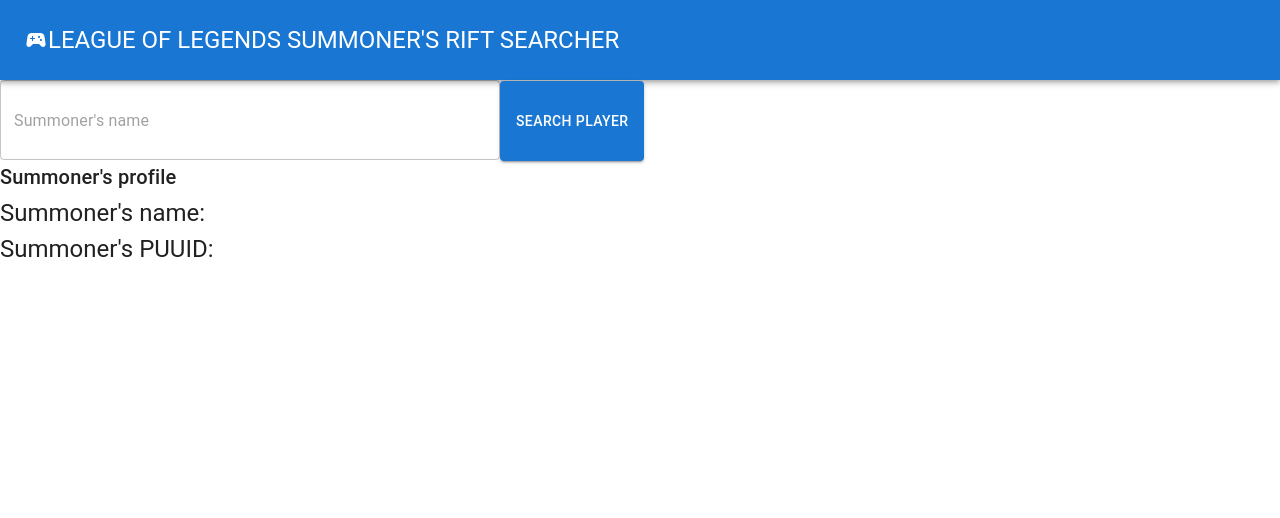
Repository: Mikerr21/League-Of-Legends-API
Page: /
An editor plug-in stored every save of this project. The page is shown before and after a run of saves, followed by the edit.
The browser window is 1280 px wide. The pictures show the whole page.
The page's requests for data from a server got no answer. The project was rebuilt for these pictures with package versions that can differ from the ones it lists, and the page was loaded fresh each time. No one was signed in, and anything a server would have sent is missing.

Above is the page before, as saved 2022-09-24 22:26:40.

### public/index.html
<!DOCTYPE html>
<html lang="en">
  <head>
    <meta charset="utf-8" />
    <link rel="icon" href="%PUBLIC_URL%/favicon.ico" />
    <meta name="viewport" content="width=device-width, initial-scale=1" />
    <meta name="theme-color" content="#000000" />
    <meta
      name="description"
      content="Web site created using create-react-app"
    />
    <link rel="apple-touch-icon" href="%PUBLIC_URL%/logo192.png" />

    <title>React App</title>
  </head>
  <body>
    <noscript>You need to enable JavaScript to run this app.</noscript>
    <div id="root"></div>

  </body>
</html>

### src/App.js
import React from "react";
import axios from "axios";
import { useState } from "react";
import { AppBar } from "@mui/material";
import { Toolbar } from "@mui/material";
import { CssBaseline } from "@mui/material";
import SportsEsportsIcon from "@mui/icons-material/SportsEsports";
import OutlinedInput from "@mui/material/OutlinedInput";

import { Typography } from "@mui/material";
import { Button } from "@mui/material";
import { Box } from "@mui/material";

import ListSubheader from '@mui/material/ListSubheader';
import List from '@mui/material/List';
import ListItemButton from '@mui/material/ListItemButton';
import ListItemIcon from '@mui/material/ListItemIcon';
import ListItemText from '@mui/material/ListItemText';
import Collapse from '@mui/material/Collapse';
import InboxIcon from '@mui/icons-material/MoveToInbox';
import DraftsIcon from '@mui/icons-material/Drafts';
import SendIcon from '@mui/icons-material/Send';
import ExpandLess from '@mui/icons-material/ExpandLess';
import ExpandMore from '@mui/icons-material/ExpandMore';
import StarBorder from '@mui/icons-material/StarBorder';



function App() {
  const [searchPlayer, setSearchPlayer] = useState("");
  const [playerData, setPlayerData] = useState({});
  const API_KEY = "c4eb3244-2494-4789-a6a3-47b4f6d5b70a";

  function fetchPlayerData(event) {
    var API_KEY = "RGAPI-e5d7e95c-8a4e-4469-bf42-53bc6d1175b3";
    var API_CALL_STRING =
      "https://euw1.api.riotgames.com/lol/summoner/v4/summoners/by-name/" +
      searchPlayer +
      "?api_key=" +
      API_KEY;
    axios
      .get(API_CALL_STRING)
      .then(function (response) {
        //Success

        setPlayerData(response.data);
      })
      .catch(function (error) {
        //Error
        console.log(error);
      });
  }

  return (
    <div className="App">
      <CssBaseline />


      <AppBar position="static">
        <Toolbar variant="dense" style={{ height: "80px" }}>
          <SportsEsportsIcon></SportsEsportsIcon>
          <Typography variant="h5" component="h2">
            LEAGUE OF LEGENDS SUMMONER'S RIFT SEARCHER
          </Typography>
        </Toolbar>
      </AppBar>
      <Box>
        <OutlinedInput
          onChange={(e) => setSearchPlayer(e.target.value)}
          type="text"
          placeholder="Summoner's name"
          style={{ height: "80px", width: "500px" }}
        ></OutlinedInput>
        <Button
          onClick={fetchPlayerData()}
          variant="contained"
          style={{ height: "80px" }}
        >
          Search player
        </Button>
      </Box>
      {JSON.stringify(playerData.data)}

      <List
      sx={{ width: '100%', maxWidth: 360, bgcolor: 'background.paper' }}
      component="nav"
      aria-labelledby="nested-list-subheader"
      subheader={
        <Typography variant="h6">
         Summoner's profile
        </Typography>
      }
    >
      {/* <ListItemButton>
        <ListItemIcon>
          <SendIcon />
        </ListItemIcon>
        <ListItemText primary="Sent mail" />
      </ListItemButton>
      <ListItemButton>
        <ListItemIcon>
          <DraftsIcon />
        </ListItemIcon>
        <ListItemText primary="Drafts" />
      </ListItemButton>
        <List component="div" disablePadding>
          <ListItemButton sx={{ pl: 4 }}>
            <ListItemIcon>
              <StarBorder />
            </ListItemIcon>
            <ListItemText primary="Starred" />
          </ListItemButton>
        </List>
     */}
 <ListItemText>
  <Typography variant="h5">
    Summoner's name:{searchPlayer}
  </Typography>
 </ListItemText>
 <ListItemText>
  <Typography variant="h5">
    Summoner's PUUID:{playerData.puuid}
  </Typography>
 </ListItemText>
 </List>
    </div>
  );
}

export default App;

Loaded but not shown: src/index.js (common file)

After the next 2 saves:
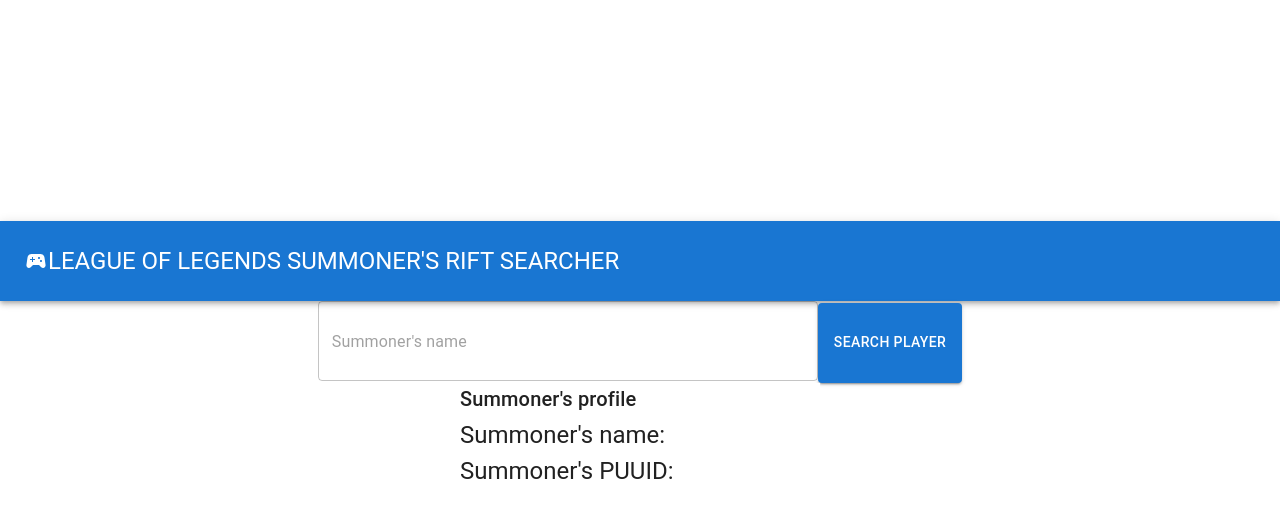
The 2 saves are shown as one change because they came seconds apart.
The last was saved 99 s later.
--- a/src/App.js
+++ b/src/App.js
@@ -23,8 +23,7 @@
 import ExpandLess from '@mui/icons-material/ExpandLess';
 import ExpandMore from '@mui/icons-material/ExpandMore';
 import StarBorder from '@mui/icons-material/StarBorder';
-
-
+import Grid from "@mui/material/Grid";
 
 function App() {
   const [searchPlayer, setSearchPlayer] = useState("");
@@ -55,8 +54,15 @@
     <div className="App">
       <CssBaseline />
 
-
-      <AppBar position="static">
+      <Grid
+  container
+  spacing={0}
+  direction="column"
+  alignItems="center"
+  justifyContent="center"
+  style={{ minHeight: '100vh' }}
+>
+<AppBar position="static">
         <Toolbar variant="dense" style={{ height: "80px" }}>
           <SportsEsportsIcon></SportsEsportsIcon>
           <Typography variant="h5" component="h2">
@@ -123,6 +129,10 @@
   </Typography>
  </ListItemText>
  </List>
+
+
+</Grid>
+
     </div>
   );
 }
